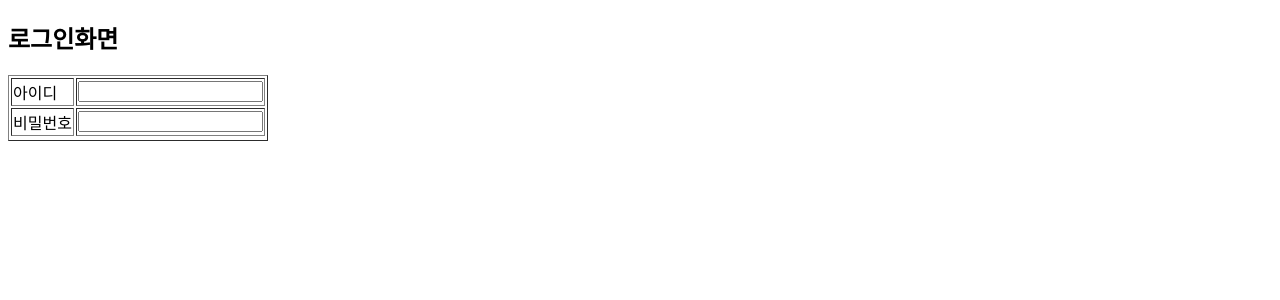
Repository: JungYOsup/Mini_project
Page: http://localhost/EsCape_Room/NewFile.jsp
The author's editor kept a copy of each file at every save. The page is drawn from the files as they stood at one save, then again after the next save.
The browser window is 1280 px wide. The pictures show the whole page.
The page is served by Tomcat 9.

Above is the page before, as saved 2018-01-15 07:24:07.

After the next save:
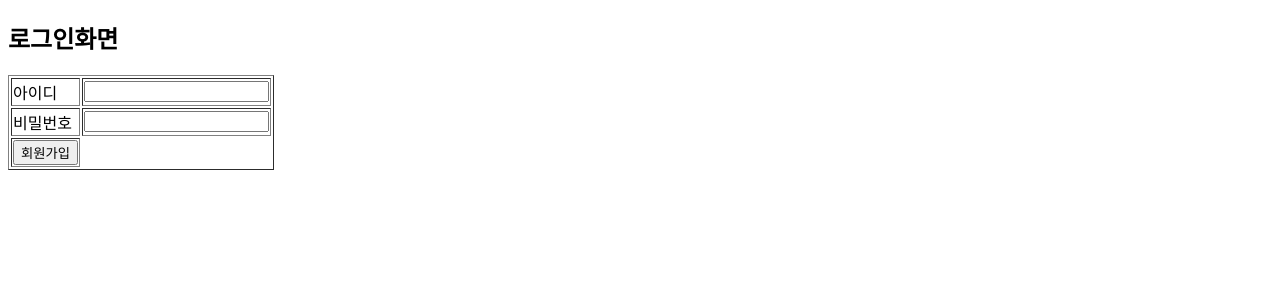
Saved 5 s later.
--- a/EsCape_Room/WebContent/NewFile.jsp
+++ b/EsCape_Room/WebContent/NewFile.jsp
@@ -31,7 +31,9 @@
 		<td><input type="password" name="pw"></td>
 	</tr>
 
-	<tr></tr>
+	<tr>
+		<td><input type="button" value="회원가입"> </td>
+	</tr>
 
 
 </table>
